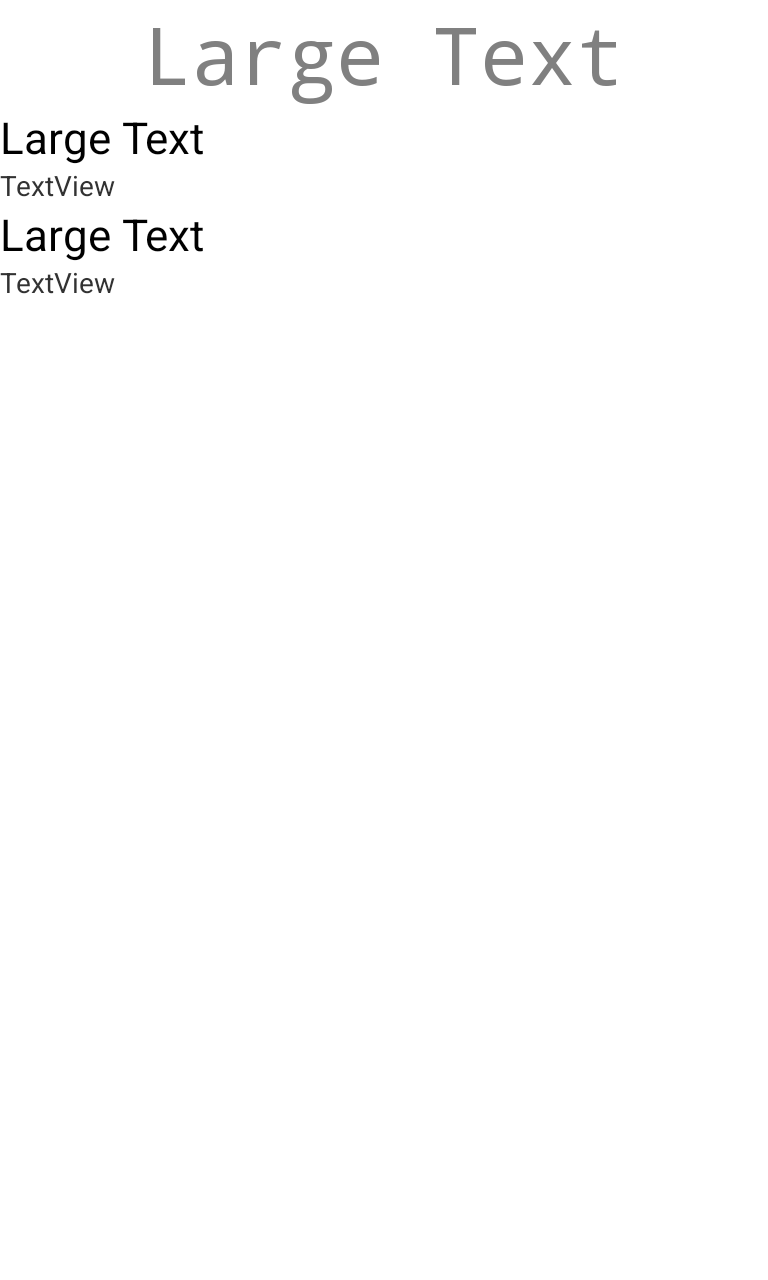
Repository: sehmon/workspace-eclipse
Layout: WhatAmIEating/res/layout/activity_detail.xml
These files come from the project's save history. The layout is drawn as it stood at one moment and after the next save; the edit follows.
It is drawn on a 768 x 1280 px phone screen (xhdpi) without system bars, with theme android:Theme.Holo.Light.NoActionBar.Fullscreen; the app's code is not run.

Above is the layout before, as saved 2014-04-13 15:57:17.

After the next save:
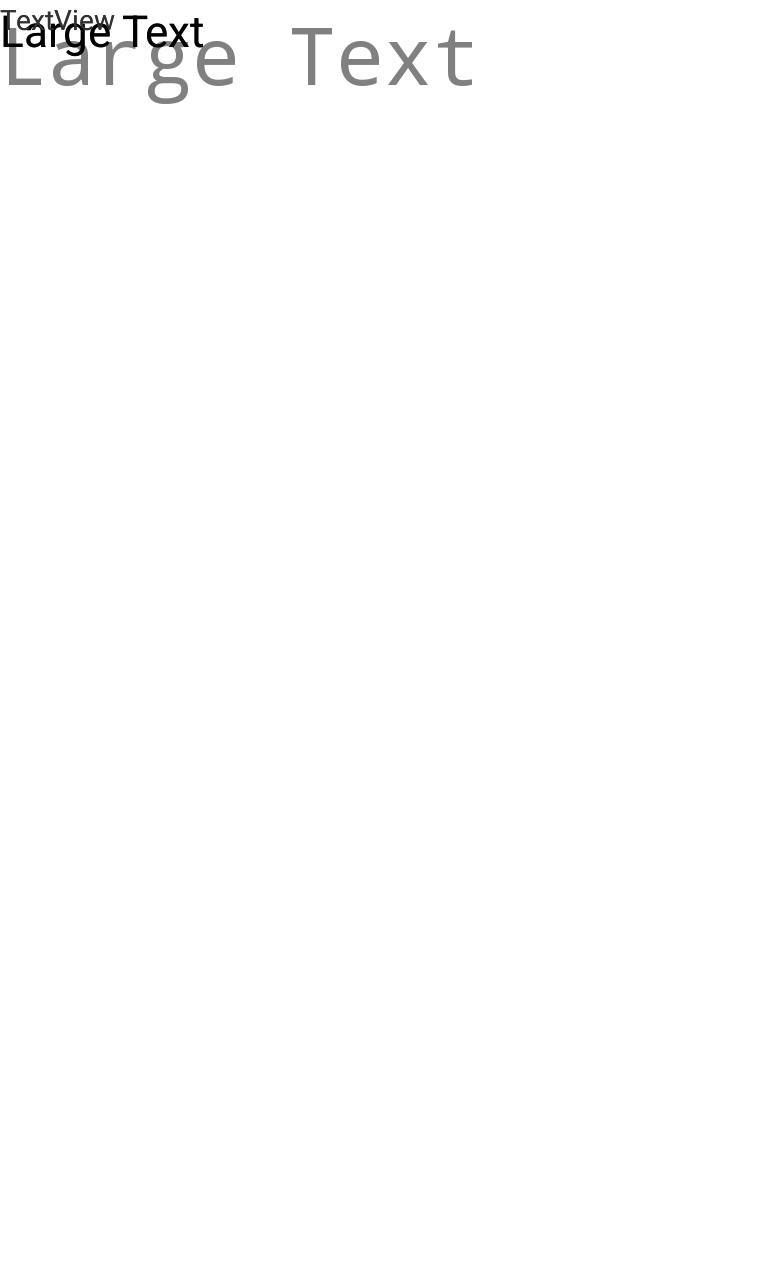
Saved 31 s later.
--- a/WhatAmIEating/res/layout/activity_detail.xml
+++ b/WhatAmIEating/res/layout/activity_detail.xml
@@ -1,4 +1,4 @@
-<LinearLayout xmlns:android="http://schemas.android.com/apk/res/android"
+<RelativeLayout xmlns:android="http://schemas.android.com/apk/res/android"
     xmlns:tools="http://schemas.android.com/tools"
     android:id="@+id/container"
     android:layout_width="match_parent"
@@ -20,16 +20,14 @@
     <ImageView
         android:id="@+id/imageView1"
         android:layout_width="wrap_content"
-        android:layout_height="wrap_content"
-        android:weight="2"/>
+        android:layout_height="wrap_content" />
 
     <TextView
         android:id="@+id/textView2"
         android:layout_width="wrap_content"
         android:layout_height="wrap_content"
         android:text="Large Text"
-        android:textAppearance="?android:attr/textAppearanceLarge"
-        android:weight="1" />
+        android:textAppearance="?android:attr/textAppearanceLarge" />
 
     <TextView
         android:id="@+id/textView3"
@@ -50,4 +48,4 @@
         android:layout_height="wrap_content"
         android:text="TextView" />
 
-</LinearLayout>
+</RelativeLayout>
